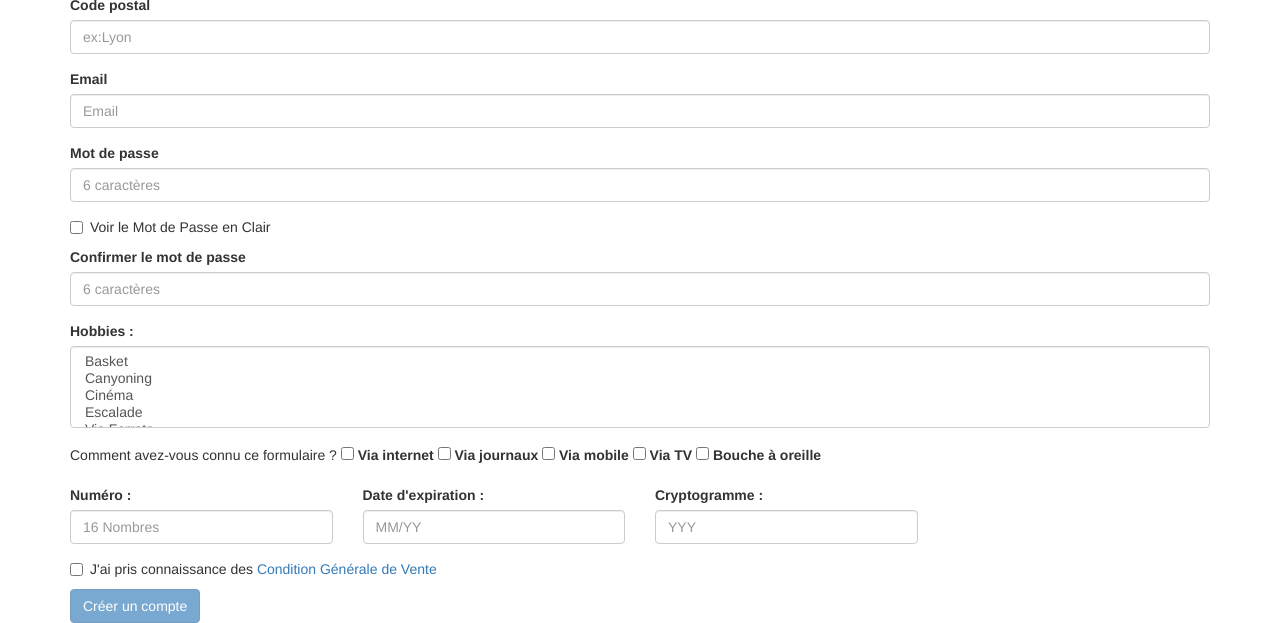
Repository: Symfomany/WildJQueryForm
Page: index.html
An editor plug-in stored every save of this project. The page is shown before and after the next save, followed by the edit.
The browser window is 1280 px wide. The pictures show the part of the page from y = 1105 to 1728 px (the page is 1728 px tall).
A picture or video elsewhere on the page could not be fetched, so the positions and the page height are approximate.

Above is the page before, as saved 2017-03-06 07:23:03.

After the next save:
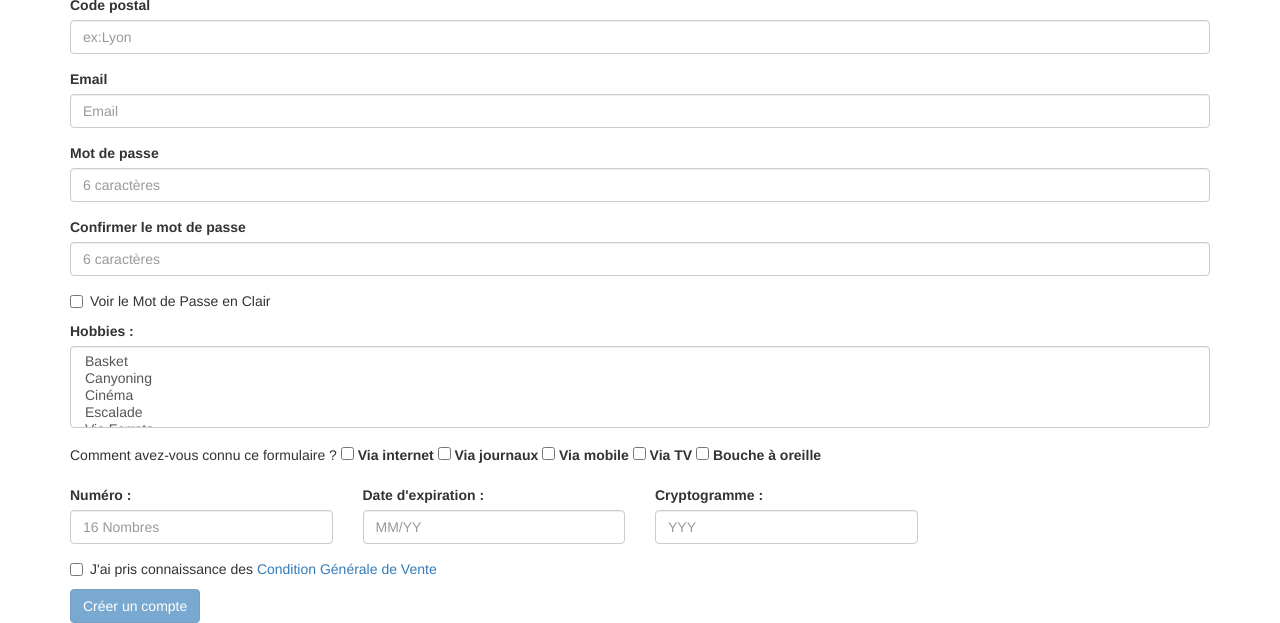
Saved 10 s later.
--- a/index.html
+++ b/index.html
@@ -135,6 +135,10 @@
     <label for="">Mot de passe</label>
     <input required type="password" class="form-control" id="password" placeholder="6 caractères">
 </div>
+<div class="form-group">
+    <label for="">Confirmer le mot de passe</label>
+    <input type="password" class="form-control" id="password" placeholder="6 caractères">
+</div>
 
 <div class="checkbox">
     <label>
@@ -142,10 +146,7 @@
                                         </label>
 </div>
 
-<div class="form-group">
-    <label for="">Confirmer le mot de passe</label>
-    <input type="password" class="form-control" id="password" placeholder="6 caractères">
-</div>
+
 
 <div class="form-group">
     <label class="control-label" for="hobbies">Hobbies :</label><br />
